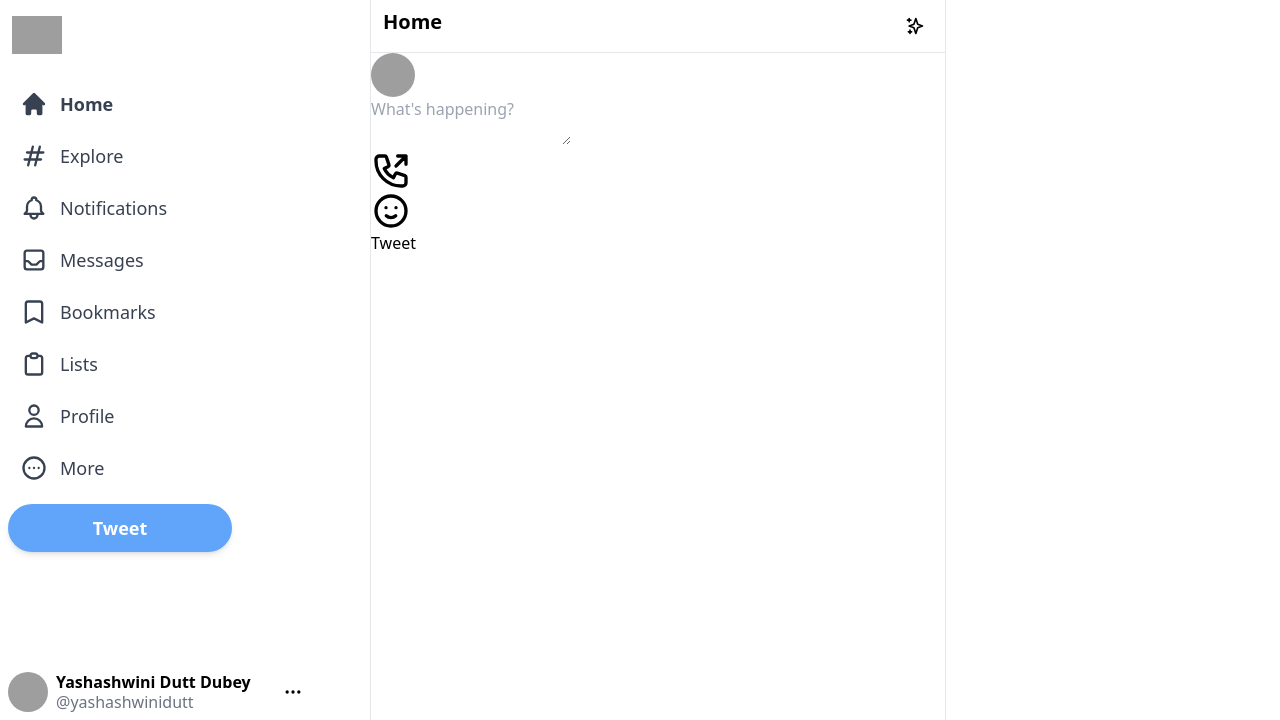
Repository: Yashashwinidutt/twitter
Page: /
These files come from the project's save history. The page is drawn as it stood at one moment and after the next save; the edit follows.
The browser window is 1280 px wide. The pictures show the whole page.
Pictures or frames that could not be fetched are drawn as grey boxes. The project was rebuilt for these pictures with package versions that can differ from the ones it lists, and the page was loaded fresh each time. The framework's server and built-in components were replaced by stand-ins that run in the browser. Also part of the build but not shown: next.config.js.

Above is the page before, as saved 2023-02-28 00:32:39.

After the next save:
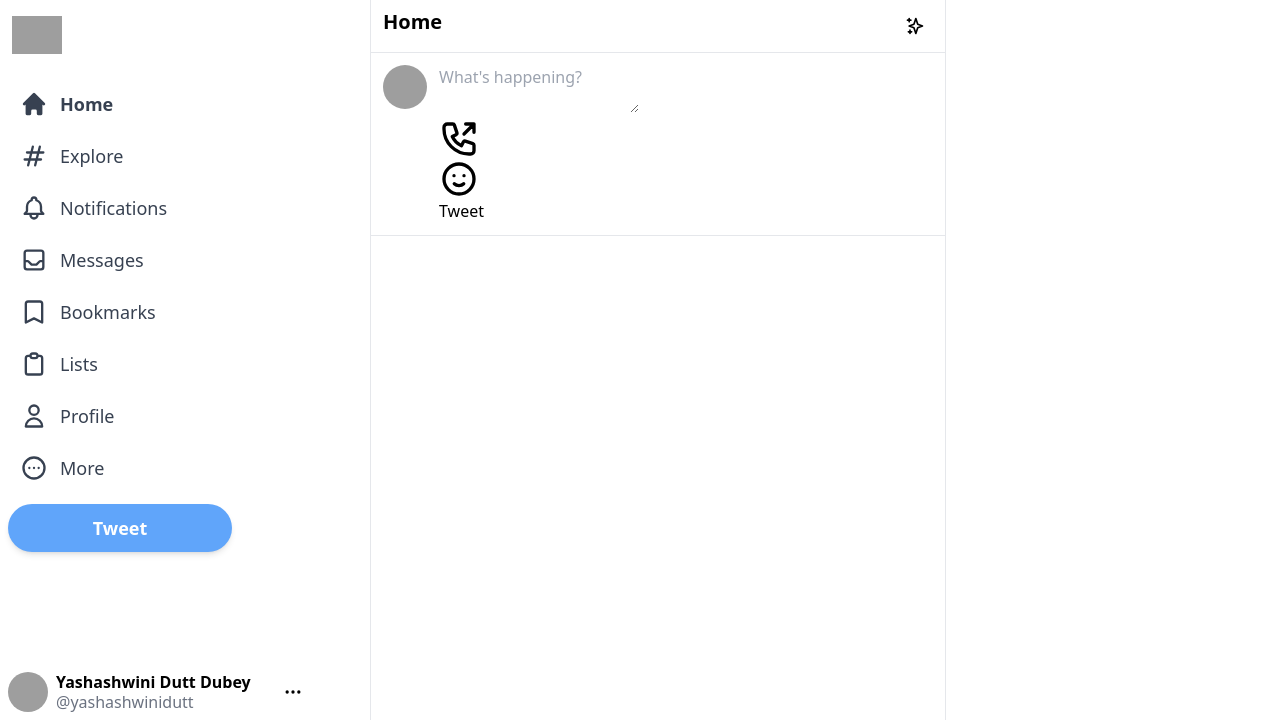
Saved 11 h 15 min later.
--- a/components/Input.js
+++ b/components/Input.js
@@ -2,12 +2,12 @@
 
 export default function Input() {
   return (
-    <div>
+    <div className="flex border-b border-gray-200 p-3 space-x-3">
 
         <img width="50" src="https://cdn.shopify.com/s/files/1/0467/5878/9279/products/2_da0f83d1-d83f-4209-836e-306ddbbd7845.jpg" alt="error" className="h-11 w-11 rounded-full cursor-pointer hover:brightness-95"/>
         <div className="">
-          <div className="">
-              <textarea rows="2" placeholder="What's happening?"></textarea>
+          <div className="w-full">
+              <textarea rows="2" className="w-full" placeholder="What's happening?"></textarea>
            </div>
         <div className="">
             <div className="">
